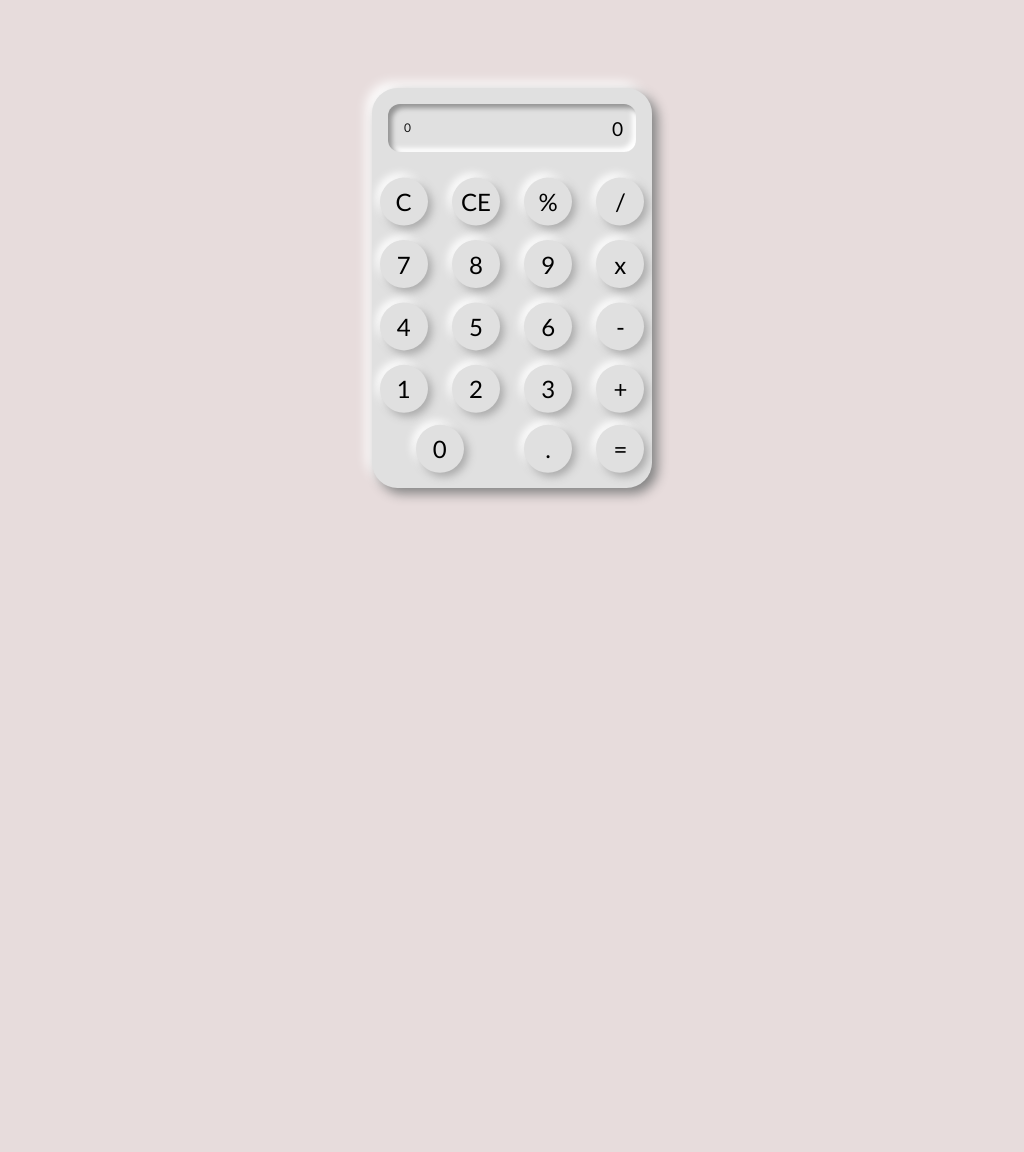
Repository: Goldmyn/Calculator
Page: index.html
The author's editor kept a copy of each file at every save. The page is drawn from the files as they stood at one save, then again after the next save.
The browser window is 1280 px wide. The pictures show the whole page, at 80% of full size.

Above is the page before, as saved 2022-09-28 04:27:56.

### index.html
<!DOCTYPE html>
<html lang="en">
  <head>
    <meta charset="UTF-8" />
    <meta http-equiv="X-UA-Compatible" content="IE=edge" />
    <meta name="viewport" content="width=device-width, initial-scale=1.0" />
    <title>Document</title>
    <link rel="stylesheet" href="index.css" />
  </head>
  <body>
    <section>
      <div class="container">
        <div class="calculator">
          <div class="display">
            <div class="display-1">0</div>
            <div class="border"> <div class="display-2">0</div></div>
            <div class="temp-result"></div>
          </div>
          <div class="all_button">
            <div class="button all-clear">C</div>
            <div class="button last-entity-clear">CE</div>
            <div class="button operation">%</div>
            <div class="button operation">/</div>
            <div class="button number">7</div>
            <div class="button number">8</div>
            <div class="button number">9</div>
            <div class="button operation">x</div>
            <div class="button number">4</div>
            <div class="button number">5</div>
            <div class="button number">6</div>
            <div class="button operation">-</div>
            <div class="button number">1</div>
            <div class="button number">2</div>
            <div class="button number">3</div>
            <div class="button operation">+</div>
            <div class="button btn-0 number">0</div>
            <div class="button number dot">.</div>
            <div class="button equal">=</div>
          </div>
        </div>
      </div>
    </section>
    <section>

    <script src="index.js"></script>
  </body>
</html>

### index.css
* {
    padding: 0;
    margin: 0;
    box-sizing: border-box;
  }
  html {
    font-family: 'Gill Sans', 'Gill Sans MT', Calibri, 'Trebuchet MS', sans-serif;
  }
  section {
    background-color: #e7dcdc;
    min-height: 100vh;
    width: 100%;
    display: flex;
    align-items: center;
    justify-content: center;
  }
  .container {
    background-color: #8b4444;
    width: 90%;
    height: 500px;
    max-width: 350px;
    border-radius: 32px;
    background: #e0e0e0;
    box-shadow: 7px 7px 14px #828282, -7px -7px 14px #ffffff;
    overflow: hidden;
  }
  .display {
    height: 100px;
    width: 100%;
    text-align: right;
    padding: 20px;
    font-size: 30px;
    position: relative;
  }
  .display-1 {
    opacity: 0.9;
    font-size: 15px;
    height: 20px;
    overflow: hidden;
    position: absolute;
    bottom: 40px;
    left: 40px;
  }

  .border {
    background-color: aqua;
    height: 60px;
    width: 100%;
    padding-right: 1rem;
    display: flex;
    align-items: center;
    justify-content: flex-end;
    border-radius: 15px;
    background: #e0e0e0;
    font-size: 24px;
    box-shadow: inset 5px 5px 7px #949494, inset -5px -5px 7px #ffffff;
  }

  .temp-result {
    display: none;
  }

  .all_button {
    color: rgb(0, 0, 0);
    display: grid;
    grid-template:
      repeat(4, minmax(67px, 1fr))
      / repeat(4, minmax(50px, 1fr));
    gap: 0.7rem;
    transform: translateY(0.5rem);
    place-items: center;
  }
  .button {
    display: inline-block;
    height: 60px;
    width: 60px;
    display: flex;
    align-items: center;
    justify-content: center;
    font-size: 30px;
    cursor: pointer;
    border-radius: 100px;
    background: #e0e0e0;
    box-shadow: 5px 5px 11px #aaaaaa, -5px -5px 11px #ffffff;
  }
  .button:hover {
    background-color: rgb(30, 43, 46);
    color: white;
  }
  .btn-0 {
    grid-column: 1/3;
  }

### index.js
const display1El = document.querySelector('.display-1')
const display2El = document.querySelector('.display-2')
const tempResultEl = document.querySelector('.temp-result')
const numbersEl = document.querySelectorAll('.number')
const operationEl = document.querySelectorAll('.operation')
const equalEl = document.querySelector('.equal')
const clearAllEl = document.querySelector('.all-clear')
const clearLastEl = document.querySelector('.last-entity-clear')
let dis1Num = ''
let dis2Num = ''
let result = null
let lastOperation = ''
let haveDot = false

numbersEl.forEach((number) => {
  number.addEventListener('click', (e) => {
    if (e.target.innerText === '.' && !haveDot) {
      haveDot = true
    } else if (e.target.innerText === '.' && haveDot) {
      return
    }
    dis2Num += e.target.innerText
    display2El.innerText = dis2Num
    // console.log();
  })
})

operationEl.forEach((operation) => {
  operation.addEventListener('click', (e) => {
    if (!dis2Num) return
    haveDot = false
    const operationName = e.target.innerText
    if (dis1Num && dis2Num && lastOperation) {
      mathOperation()
    } else {
      result = parseFloat(dis2Num)
    }
    clearVar(operationName)
    lastOperation = operationName
    console.log(result)
  })
})
function clearVar(name = '') {
  dis1Num += dis2Num + ' ' + name + ' '
  display1El.innerText = dis1Num
  display2El.innerText = ''
  dis2Num = ''
  tempResultEl.innerText = result
}

function mathOperation() {
  if (lastOperation === 'x') {
    result = parseFloat(result) * parseFloat(dis2Num)
  } else if (lastOperation === '+') {
    result = parseFloat(result) + parseFloat(dis2Num)
  } else if (lastOperation === '-') {
    result = parseFloat(result) - parseFloat(dis2Num)
  } else if (lastOperation === '/') {
    result = parseFloat(result) / parseFloat(dis2Num)
  } else if (lastOperation === '%') {
    result = parseFloat(result) % parseFloat(dis2Num)
  }
}
// operation();

equalEl.addEventListener('click', () => {
  if (!dis2Num || !dis1Num) return
  haveDot = false
  mathOperation()
  clearVar()
  display2El.innerText = result
  tempResultEl.innerText = ''
  dis2Num = result
  dis1Num = ''
})

clearAllEl.addEventListener('click', () => {
  dis1Num = ''
  dis2Num = ''
  display1El.innerText = ''
  display2El.innerText = ''
  result = ''
  tempResultEl.innerText = ''
})

clearLastEl.addEventListener('click', () => {
  display2El.innerText = ''
  dis2Num = ''
})

window.addEventListener('keydown', (e) => {
  if (
    e.key === '0' ||
    e.key === '1' ||
    e.key === '2' ||
    e.key === '3' ||
    e.key === '4' ||
    e.key === '5' ||
    e.key === '6' ||
    e.key === '7' ||
    e.key === '8' ||
    e.key === '9' ||
    e.key === '.'
  ) {
    clickButtonEl(e.key)
    // console.log(e.key)
  } else if (e.key === '+' || e.key === '-' || e.key === '/' || e.key === '%') {
    clickOperation(e.key)
  } else if (e.key === '*') {
    clickOperation('x')
    // console.log(e.key)
  } else if (e.key == 'Enter' || e.key === '=') {
    clickEqual()
  }
  // console.log(e.key)
})
function clickButtonEl(key) {
  numbersEl.forEach((button) => {
    if (button.innerText === key) {
      button.click()
    }
  })
}
function clickOperation(key) {
  operationEl.forEach((operation) => {
    if (operation.innerText === key) {
      operation.click()
    }
  })
}
function clickEqual() {
  equalEl.click()
}

After the next save:
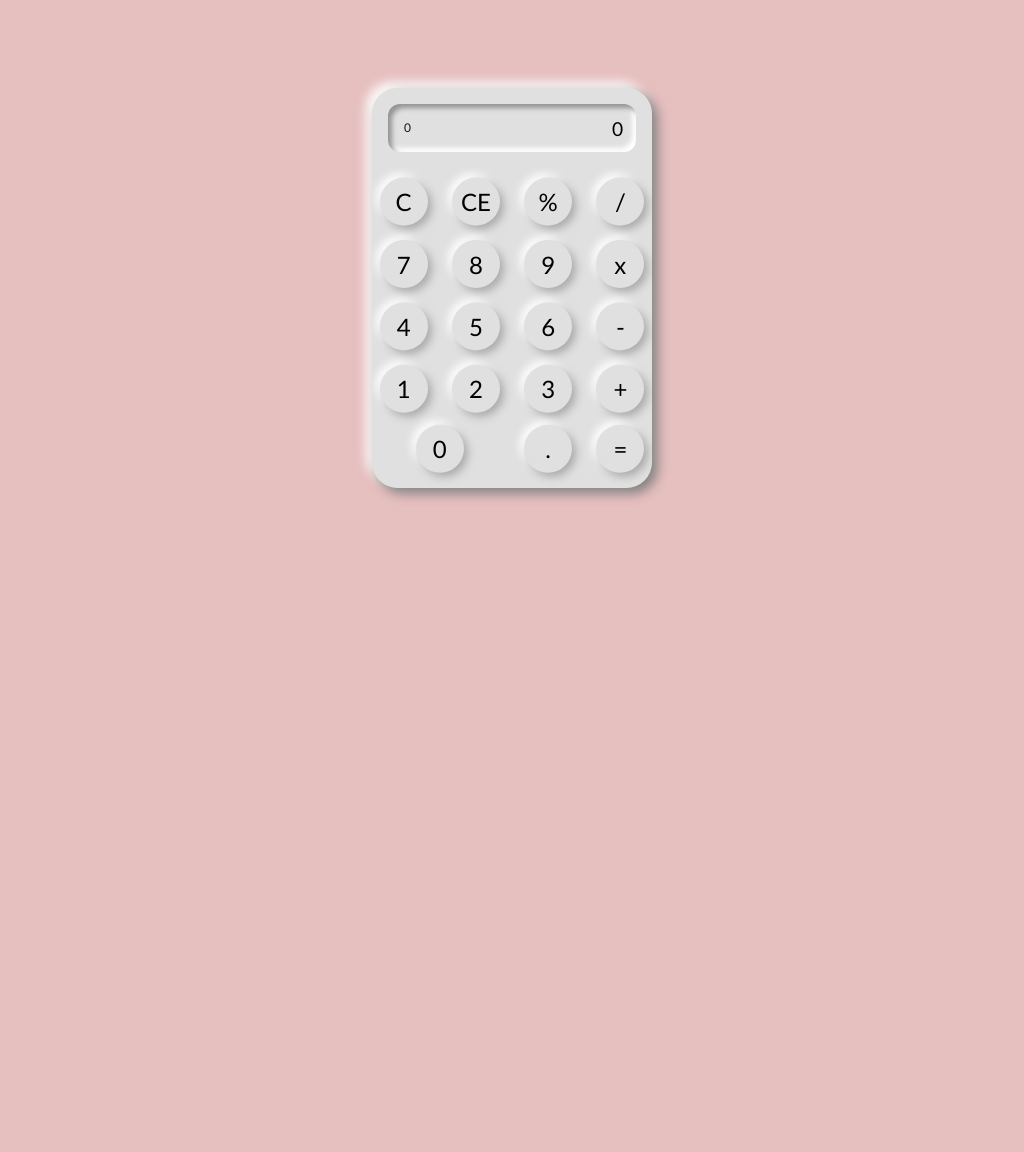
Saved 4 s later.
--- a/index.css
+++ b/index.css
@@ -7,7 +7,7 @@
     font-family: 'Gill Sans', 'Gill Sans MT', Calibri, 'Trebuchet MS', sans-serif;
   }
   section {
-    background-color: #e7dcdc;
+    background-color: #e6bfbf;
     min-height: 100vh;
     width: 100%;
     display: flex;
@@ -15,7 +15,7 @@
     justify-content: center;
   }
   .container {
-    background-color: #8b4444;
+    background-color: #e0e0e0;
     width: 90%;
     height: 500px;
     max-width: 350px;
